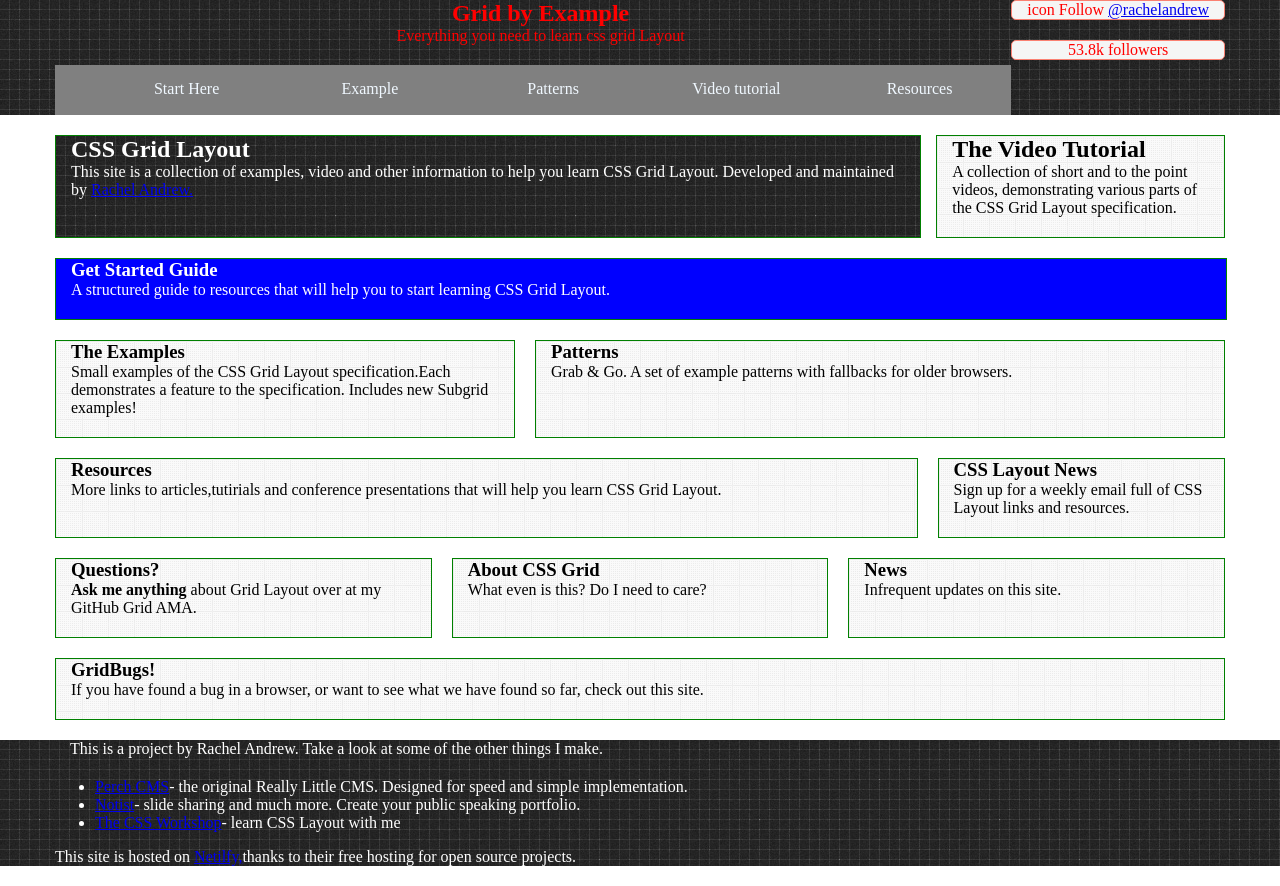
Repository: sitikhusushan/grid
Page: index.html
These files come from the project's save history. The page is drawn as it stood at one moment and after the next save; the edit follows.
The browser window is 1280 px wide. The pictures show the whole page.

Above is the page before, as saved 2020-05-13 09:41:32.

### index.html
<!DOCTYPE html>
<html lang="en">
  <head>
    <meta charset="UTF-8" />
    <meta name="viewport" content="width=device-width, initial-scale=1.0" />
    <title>Grid View</title>
    <link rel="stylesheet" href="style.css" />
  </head>
  <body>
    <header>
    <div class="header">
      <div class="container">
        <div class="balance">
          <div class="social">
            <p> <mat-icon>icon</mat-icon> Follow <a href="#">@rachelandrew</a></p>
            <p>53.8k followers</p>
          </div>
        <h2>Grid by Example</h2>
        <p>Everything you need to learn css grid Layout</p>
        </div>
        <ul>
          <li>Start Here</li>
          <li>Example</li>
          <li>Patterns</li>
          <li>Video tutorial</li>
          <li>Resources</li>
        </ul>
      </div>
    </div>
    </header>
    <div class="layout">
      <div class="container">
        <div class="layouts">
        <div class="left">
          <h2>CSS Grid Layout</h2>
          <p>
            This site is a collection of examples, video and other information
            to help you learn CSS Grid Layout. Developed and maintained by
            <a href="#">Rachel Andrew.</a>
          </p>
        </div>
        <div class="right">
          <h2>The Video Tutorial</h2>
          <p>
            A collection of short and to the point videos, demonstrating various
            parts of the CSS Grid Layout specification.
          </p>
        </div>
      </div>
    </div>
    </div>
    <div class="guide ">
      <div class="container">
        <div class="guides">
        <h3>Get Started Guide</h3>
        <p>
          A structured guide to resources that will help you to start learning
          CSS Grid Layout.
        </p>
      </div>
      </div>
    </div>
    <div class="new">
      <div class="container">
        <div class="news">
        <div class="left">
          <h3>The Examples</h3>
          <p>
            Small examples of the CSS Grid Layout specification.Each
            demonstrates a feature to the specification. Includes new Subgrid
            examples!
          </p>
        </div>
        <div class="right">
          <h3>Patterns</h3>
          <p>
            Grab & Go. A set of example patterns with fallbacks for older
            browsers.
          </p>
        </div>
      </div>
    </div>
    </div>
    <div class="resources">
      <div class="container">
        <div class="rs">
        <div class="left">
          <h3>Resources</h3>
          <p>
            More links to articles,tutirials and conference presentations that
            will help you learn CSS Grid Layout.
          </p>
        </div>
        <div class="right">
          <h3>CSS Layout News</h3>
          <p>
            Sign up for a weekly email full of CSS Layout links and resources.
          </p>
        </div>
      </div>
    </div>
    </div>
    <div class="question">
      <div class="container">
        <div class="qs">
        <div class="left">
          <h3>Questions?</h3>
          <p>
            <b>Ask me anything</b> about Grid Layout over at my GitHub Grid AMA.
          </p>
        </div>
        <div class="middle">
          <h3>About CSS Grid</h3>
          <p>What even is this? Do I need to care?</p>
        </div>
        <div class="right">
          <h3>News</h3>
          <p>Infrequent updates on this site.</p>
        </div>
      </div>
      </div>
    </div>
    <div class="bugs">
      <div class="container">
        <div class="bug">
        <h3>GridBugs!</h3>
        <p>
          If you have found a bug in a browser, or want to see what we have
          found so far, check out this site.
        </p>
      </div>
    </div>
    </div>
  <footer>
    <div class="foo">
      <div class="container">
      <p>This is a project by Rachel Andrew. Take a look at some of the other things I make.
        <ul>
          <li><a href="#">Perch CMS</a>- the original Really Little CMS. Designed for speed and simple implementation.</li>
          <li><a href="#">Notist</a>- slide sharing and much more. Create your public speaking portfolio.</li>
          <li><a href="#">The CSS Workshop</a>- learn CSS Layout with me</li>
        </ul>
        This site is hosted on <a href="#">Netilfy,</a>thanks to their free hosting for open source projects.
      </p>
      </div>
    </div>
  </footer>
  </body>
</html>

### style.css
body {
  padding: 0px;
  margin: 0px;
}

.container {
  width: 1170px;
  margin-left: auto;
  margin-right: auto;
  max-width: 100%;
  padding-left: 15px;
  padding-right: 15px;
}

.social {
  float: right;
  margin-bottom: 50px;
}

.social p {
  border-radius: 5px;
  border: salmon 1px solid;
  background-color: whitesmoke;
}

/* * {
  -webkit-box-sizing: border-box;
  -moz-box-sizing: border-box;
  box-sizing: border-box;
} */

.header {
  background-image: url("image/inflicted.png");
  color: aliceblue;
}

.balance {
  text-align: center;
  /* position: absolute;
  top: 50%;
  left: 50%;
  transform: translate(-50%, -50%); */
  color: red;
}

.header ul {
  background-color: grey;
}

.header ul {
  list-style: none;
  display: grid;
  grid-template-columns: repeat(5, 1fr);
  grid-auto-rows: 50px;
  margin-bottom: auto;
  text-align: center;
}
.header li {
  padding: 15px;
}

.header li:hover {
  background-color: black;
}

.layout .left {
  background-image: url("image/inflicted.png");
  color: #ffffff;
}

.right {
  background-image: url("image/tiny_grid.png");
}

.guides {
  width: 100%;
  background-color: blue;
  color: #ffffff;
  border: solid 1px green;
}

.left {
  background-image: url("image/tiny_grid.png");
}

.middle {
  background-image: url("image/tiny_grid.png");
}

.bug {
  background-image: url("image/tiny_grid.png");
  margin-bottom: 20px;
  border: solid 1px green;
}

footer {
  background-image: url("image/inflicted.png");
  color: #ffffff;
}

.layouts {
  display: grid;
  grid-template-columns: 3fr 1fr;
  grid-gap: 15px;
  margin-top: 20px;
  margin-bottom: 20px;
}

.layouts > div,
.news > div,
.rs > div,
.qs > div {
  border: solid 1px green;
}

.news {
  display: grid;
  grid-template-columns: 2fr 3fr;
  grid-gap: 20px;
  margin-top: 20px;
  margin-bottom: 20px;
}

.rs {
  display: grid;
  grid-template-columns: 3fr 1fr;
  grid-gap: 20px;
}

.qs {
  display: grid;
  grid-template-columns: 1fr 1fr 1fr;
  grid-gap: 20px;
  margin-top: 20px;
  margin-bottom: 20px;
}

h3,
p,
h2 {
  margin: 0px;
  padding-left: 15px;
  padding-right: 15px;
}

p {
  margin-bottom: 20px;
}

After the next save:
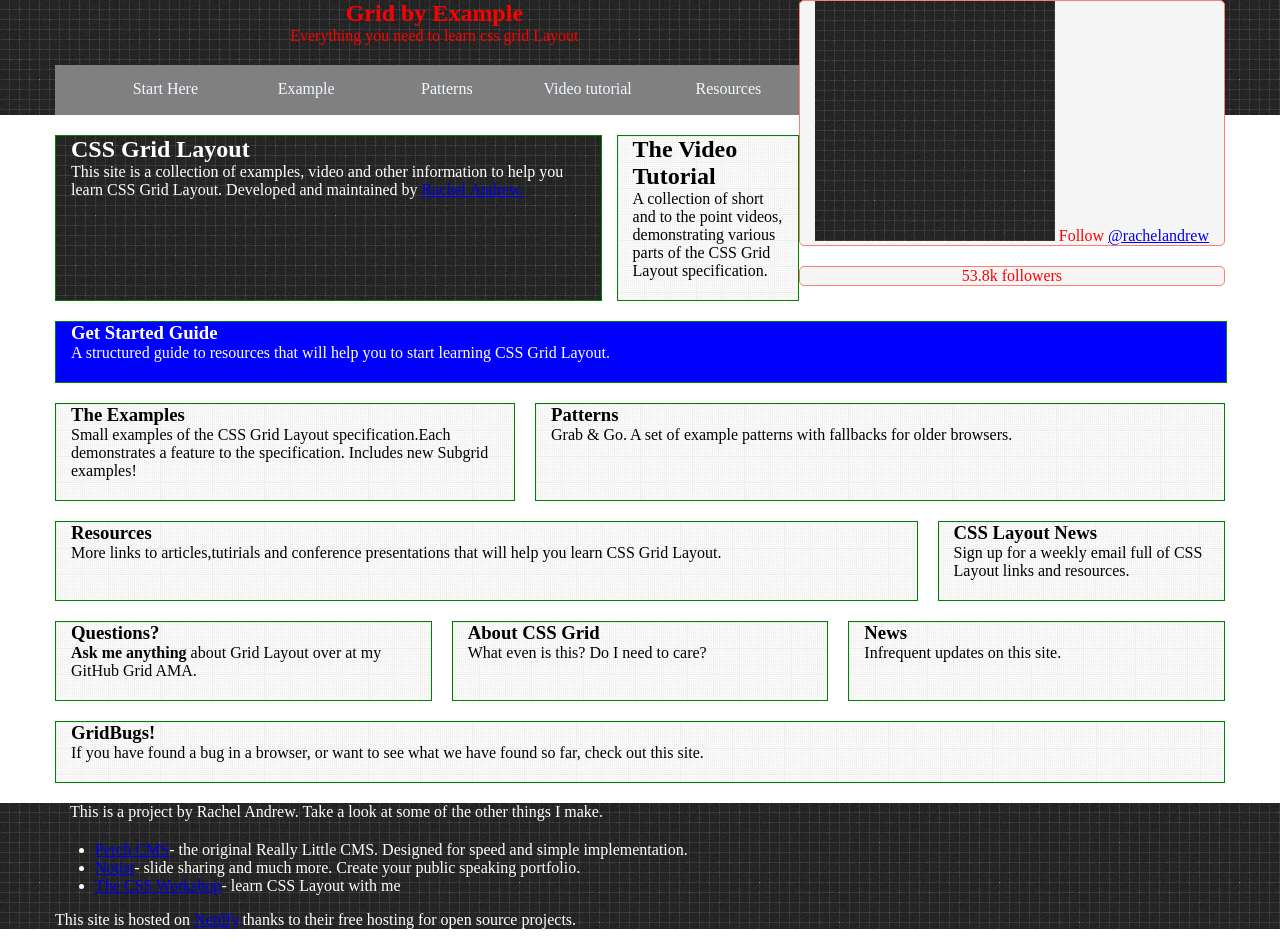
Saved 45 s later.
--- a/index.html
+++ b/index.html
@@ -12,7 +12,7 @@
       <div class="container">
         <div class="balance">
           <div class="social">
-            <p> <mat-icon>icon</mat-icon> Follow <a href="#">@rachelandrew</a></p>
+            <p> <img src="image/inflicted.png" alt="image"> Follow <a href="#">@rachelandrew</a></p>
             <p>53.8k followers</p>
           </div>
         <h2>Grid by Example</h2>

After the 2 saves that followed:
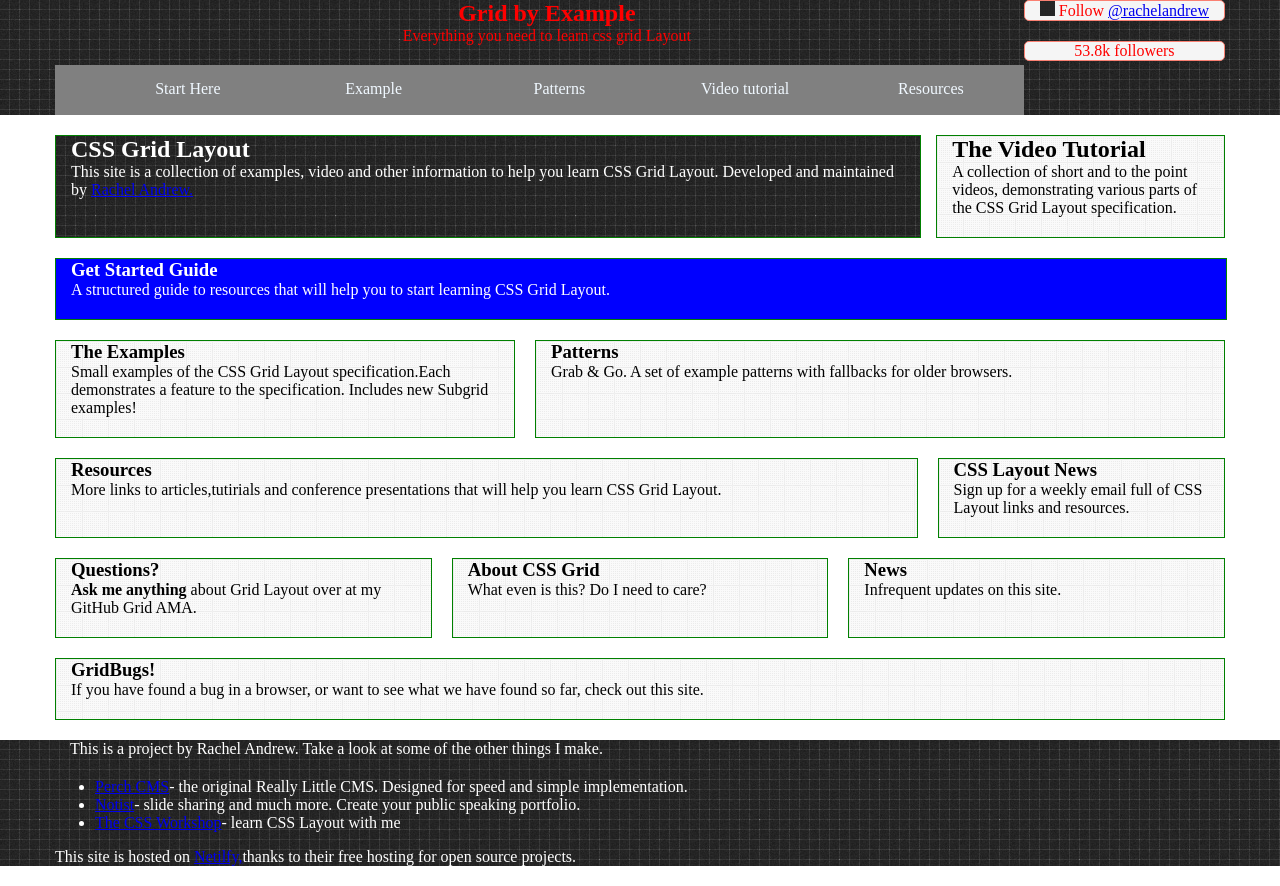
The 2 saves are shown as one change because 1 left the picture as it was.
The last was saved 55 s later.
--- a/style.css
+++ b/style.css
@@ -15,6 +15,12 @@ body {
 .social {
   float: right;
   margin-bottom: 50px;
+}
+
+img {
+  size: 15px;
+  width: 15px;
+  height: 15px;
 }
 
 .social p {
